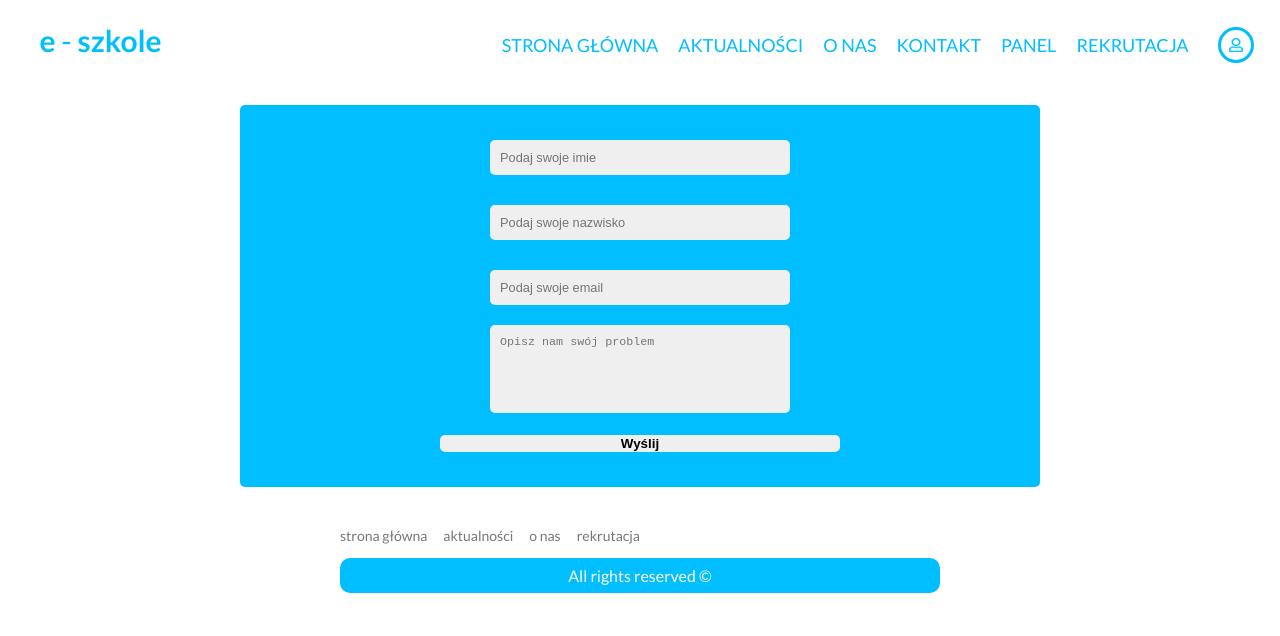
Repository: Votex874/e-szkole
Page: /kontakt (app in app/)
These files come from the project's save history. The page is drawn as it stood at one moment and after the next save; the edit follows.
The browser window is 1280 px wide. The pictures show the whole page.
The project was rebuilt for these pictures with package versions that can differ from the ones it lists, and the page was loaded fresh each time. Also part of the build but not shown: app/src/components/News/Title/index.js, app/src/components/News/Content/index.js, app/src/components/News/Avatar/index.js, app/src/components/News/Footer/index.js, app/src/components/SectionTitle/index.js, app/src/components/News/index.js, app/src/components/AboutUs/Content/index.js, app/src/components/AboutUs/index.js and 21 more.

Above is the page before, as saved 2019-03-11 10:12:23.

After the next save:
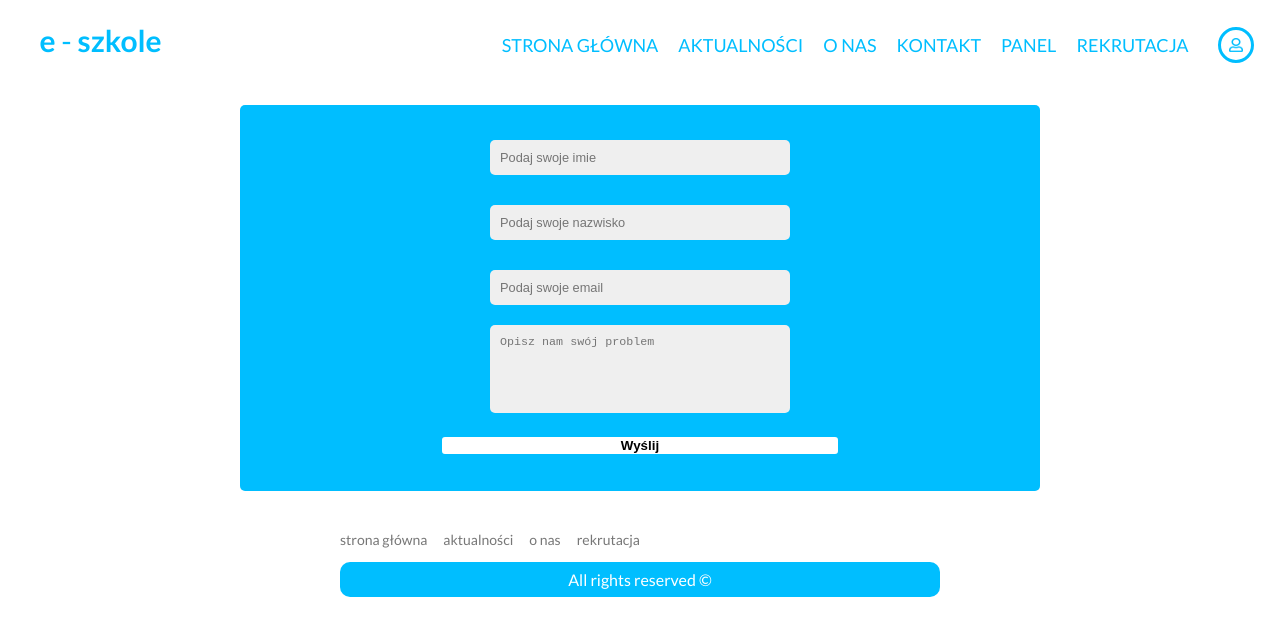
Saved 37 s later.
--- a/app/src/components/Form/index.js
+++ b/app/src/components/Form/index.js
@@ -22,9 +22,10 @@ const FormContainer = styled.form`
 const InputButton = styled.input`
   width: 50%;
   margin: 15px auto;
-  border: none;
   font-weight: bold;
   border-radius: 5px;
+  border: 2px solid ${lightBlue};
+  background-color: #fff;
   @media (max-width: 767px){
     height: 40px;
   }
